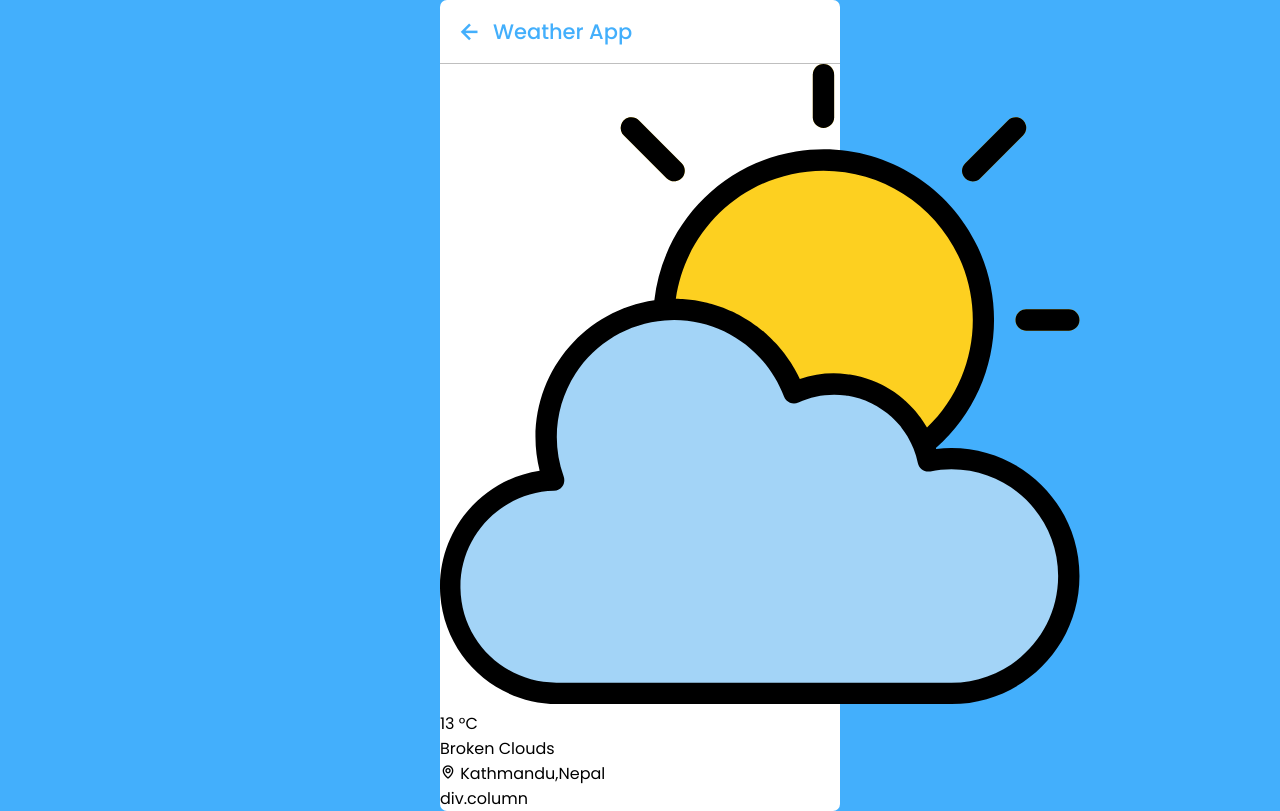
Repository: long13820/Weather-App-HTML-CSS-Javascript
Page: index.html
The author's editor kept a copy of each file at every save. The page is drawn from the files as they stood at one save, then again after a run of saves.
The browser window is 1280 px wide. The pictures show the whole page.

Above is the page before, as saved 2021-09-02 10:29:12.

### index.html
<!DOCTYPE html>
<html lang="en">
<head>
    <meta charset="UTF-8">
    <meta http-equiv="X-UA-Compatible" content="IE=edge">
    <meta name="viewport" content="width=device-width, initial-scale=1.0">
    <title>Weather App</title>
    <link rel="stylesheet" href="style.css">

    <!--Linking Boxicon For Icon-->
    <link rel="stylesheet" href='https://unpkg.com/boxicons@2.0.9/css/boxicons.min.css' >


</head>
<body>
    <div class="wrapper">
        <header>
            <i class="bx bx-left-arrow-alt"></i>
            Weather App
        </header>
        <section class="input-part">
            <p class="info-txt pending">Please enter a valid city name</p>
            <input type="text" placeholder="Enter city name" spellcheck="false" required>
            <div class="separator"></div>
            <button>Get Device Location</button>
        </section>
        <section class="weather-part">
            <img src="/Weather Icons/cloud.svg" alt="Weather Icon">
            <div class="temp">
                <span class="numb">13</span>
                <span class="deg">°</span>C
            </div>
            <div class="weather">Broken Clouds</div>
            <div class="location">
                <i class="bx bx-map"></i>
                <span>Kathmandu,Nepal</span>
            </div>
            <div class="bottom-details">
                div.column
            </div>
        </section>
    </div>
</body>
</html>

### style.css
/*Import Google Font - Poppins*/
@import url('https://fonts.googleapis.com/css2?family=Poppins:wght@400;500;600;700&display=swap');
*{
    margin: 0;
    padding: 0;
    box-sizing: border-box;
    font-family: 'Poppins', sans-serif;
}
body{
    display: flex;
    align-items: center;
    justify-content: center;
    min-height: 100vh;
    background: #43AFFC;
}
.wrapper{
    width: 400px;
    border-radius: 7px;
    background: white;
}
.wrapper header{
    color: #43AFFC;
    font-size: 21px;
    font-weight: 500;
    padding: 16px 15px;
    display: flex;
    align-items: center;
    border-bottom: 1px solid #bfbfbf;

}
header i{
    cursor: pointer;
    font-size: 30px;
    margin-right: 8px;
}
.wrapper .input-part{
    display: none;
    margin: 20px 25px 30px;
}
.input-part .info-txt{
    display: none;
    font-size: 17px;
    text-align: center;
    padding: 12px 7px;
    border-radius: 7px;
    margin-bottom: 15px;
}
.info-txt.error{
    display: block;
    color: #721c24;
    background: #f8d7da;
    border: 1px solid #f5c6cb;
}
.info-txt.pending{
    display: block;
    color: #0c5460;
    background: #d1ecf1;
    border: 1px solid #bee5eb;
}
.input-part :where(input, button){
    width: 100%;
    height: 55px;
    border: none;
    outline: none;
    font-size: 18px;
    border-radius: 7px;
}
.input-part input{
    text-align: center;
    border: 1px solid #bfbfbf;
}
.input-part input:is(:focus,:valid){

}
.input-part .separator{
    height: 1px;
    width: 100%;
    margin: 25px 0px;
    background: #ccc;
    display: flex;
    align-items: center;
    justify-content: center;
}
.separator::before{
    content: "or";
    background-color: white;
    font-size: 19px;
    padding: 0px 15px;
    background: #fff;
}
.input-part button{
    color: white;
    cursor: pointer;
    background: #43AFFC;
}

After the next 2 saves:
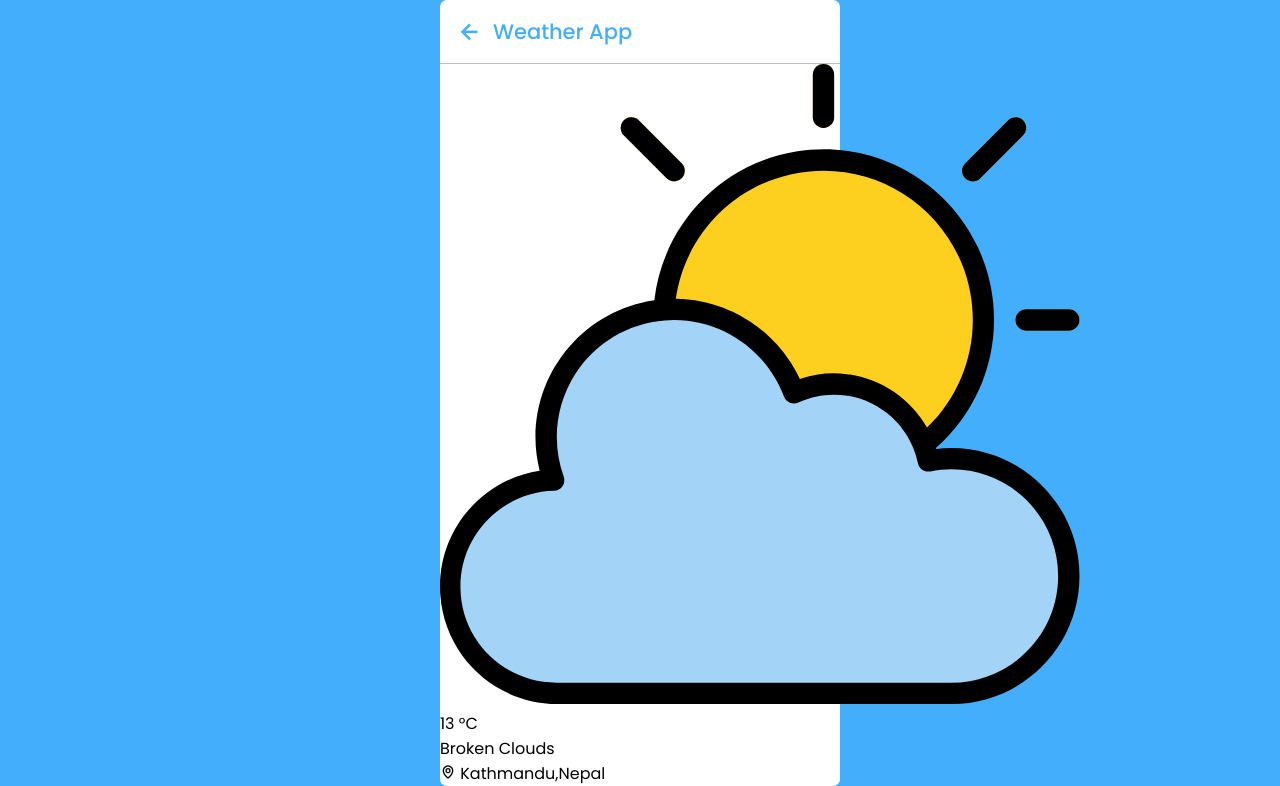
The 2 saves are shown as one change because they came seconds apart.
The last was saved 86 s later.
--- a/index.html
+++ b/index.html
@@ -36,7 +36,9 @@
                 <span>Kathmandu,Nepal</span>
             </div>
             <div class="bottom-details">
-                div.column
+                <div class="column feels">
+
+                </div>
             </div>
         </section>
     </div>

After the 6 saves that followed:
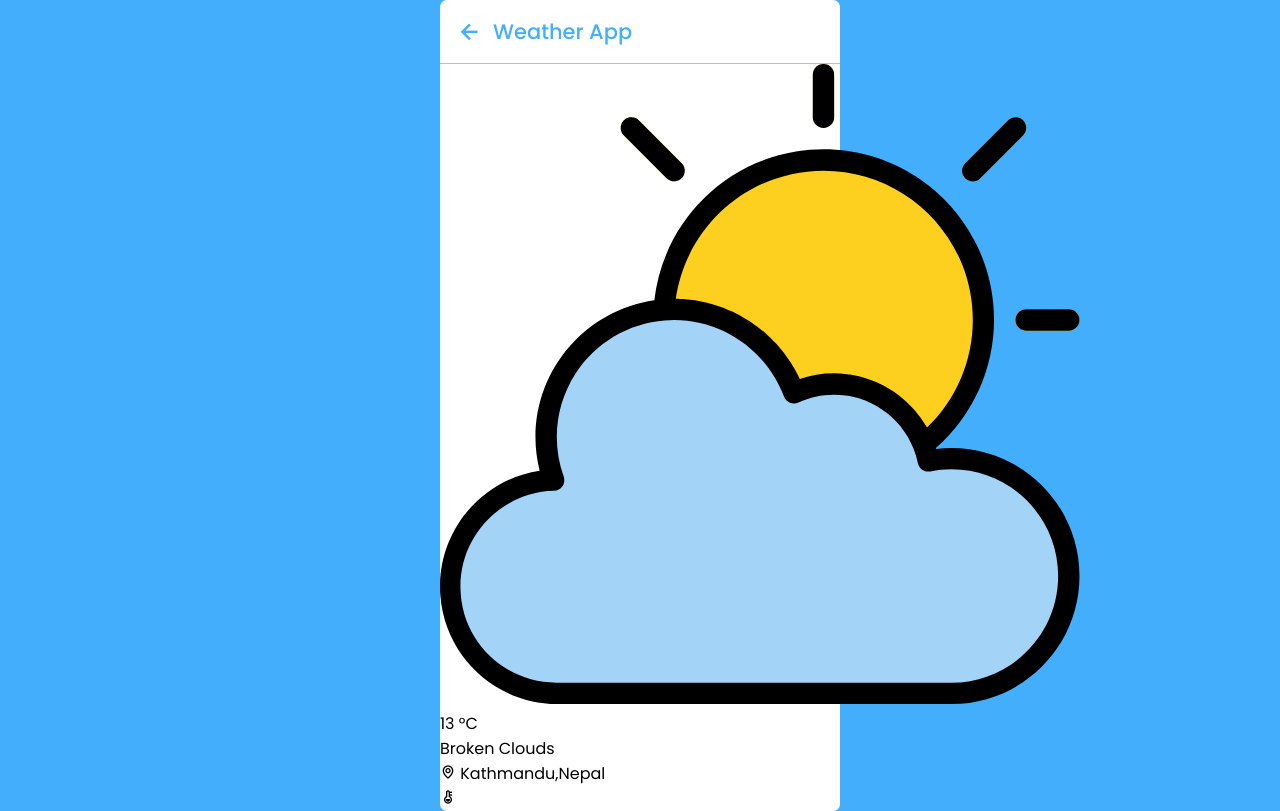
The 6 saves are shown as one change because they came seconds apart.
The last was saved 16 s later.
--- a/index.html
+++ b/index.html
@@ -37,7 +37,7 @@
             </div>
             <div class="bottom-details">
                 <div class="column feels">
-
+                    <i class="bx bxs-thermometer"></i>
                 </div>
             </div>
         </section>
